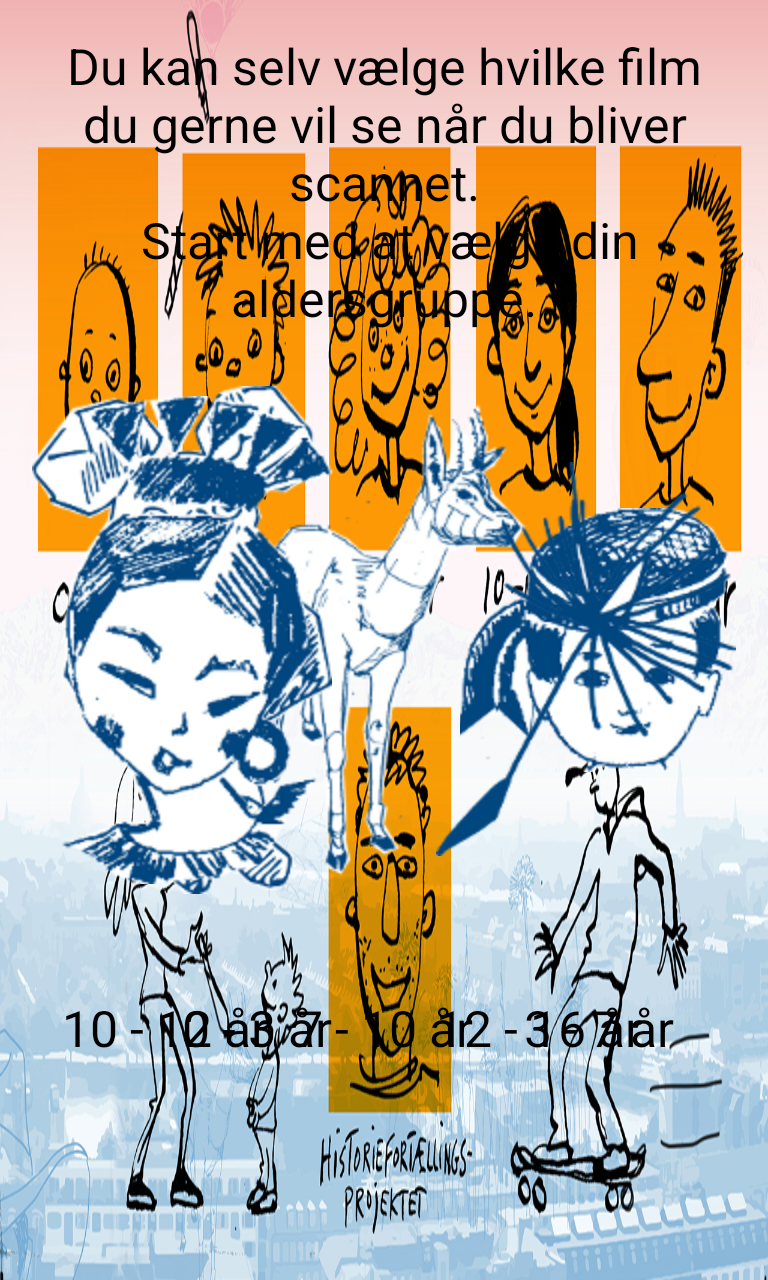
Repository: DreadMuffin/work
Layout: tablets/AgeChoiceMovies/res/layout/activity_main.xml
The author's editor kept a copy of each file at every save. The layout is drawn from the files as they stood at one save, then again after the next save.
It is drawn on a 768 x 1280 px phone screen (xhdpi) without system bars, with theme android:Theme.NoTitleBar; the app's code is not run.

Above is the layout before, as saved 2015-02-22 10:09:16.

After the next save:
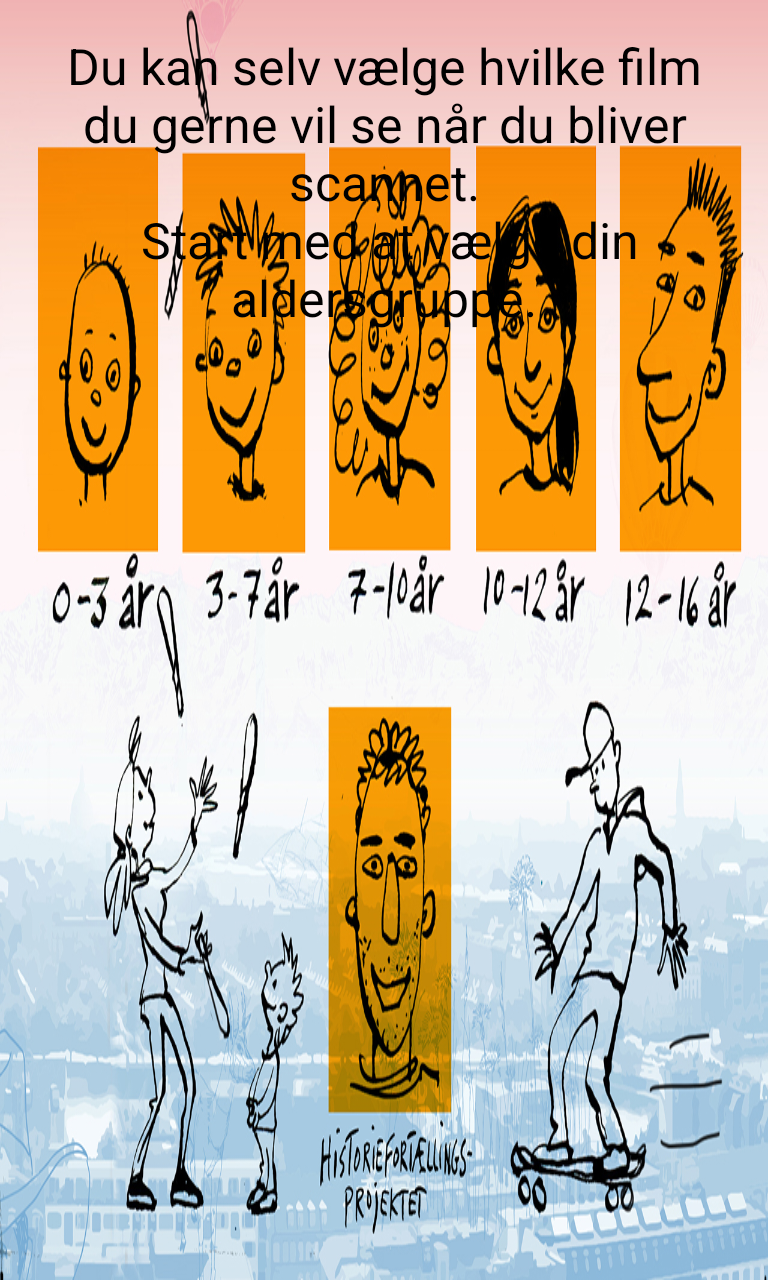
Saved 7 min 40 s later.
--- a/tablets/AgeChoiceMovies/res/layout/activity_main.xml
+++ b/tablets/AgeChoiceMovies/res/layout/activity_main.xml
@@ -8,20 +8,6 @@
     android:paddingRight="@dimen/activity_horizontal_margin"
     android:paddingTop="@dimen/activity_vertical_margin"
     tools:context=".MainActivity" >
-
-    <Button
-        android:id="@+id/button_tre"
-        style="?android:attr/buttonStyleSmall"
-        android:layout_width="wrap_content"
-        android:layout_height="wrap_content"
-        android:layout_centerHorizontal="true"
-        android:layout_centerVertical="true"
-        android:adjustViewBounds="true"
-        android:background="@android:color/transparent"
-        android:drawableRight="@drawable/tre"
-        android:gravity="center"
-        android:maxWidth="200dp"
-        android:scaleType="fitCenter" />
 
     <TextView
         android:id="@+id/textView1"
@@ -37,122 +23,16 @@
         android:typeface="sans" />
 
     <Button
-        android:id="@+id/button_nul"
+        android:id="@+id/button_tre"
         style="?android:attr/buttonStyleSmall"
-        android:layout_width="wrap_content"
+        android:layout_width="40d[]"
         android:layout_height="wrap_content"
-        android:layout_alignLeft="@+id/textView1"
-        android:layout_centerVertical="true"
+        android:layout_below="@+id/textView1"
         android:adjustViewBounds="true"
         android:background="@android:color/transparent"
-        android:drawableRight="@drawable/nul"
+        android:drawableRight="@drawable/tre"
         android:gravity="center"
         android:maxWidth="200dp"
         android:scaleType="fitCenter" />
 
-    <Button
-        android:id="@+id/button_syv"
-        style="?android:attr/buttonStyleSmall"
-        android:layout_width="wrap_content"
-        android:layout_height="wrap_content"
-        android:layout_centerVertical="true"
-        android:layout_marginLeft="64dp"
-        android:layout_toRightOf="@+id/button_nul"
-        android:adjustViewBounds="true"
-        android:background="@android:color/transparent"
-        android:drawableRight="@drawable/syv"
-        android:gravity="center"
-        android:maxWidth="200dp"
-        android:scaleType="fitCenter" />
-
-    <Button
-        android:id="@+id/button_tolv"
-        style="?android:attr/buttonStyleSmall"
-        android:layout_width="wrap_content"
-        android:layout_height="wrap_content"
-        android:layout_alignRight="@+id/textView1"
-        android:layout_centerVertical="true"
-        android:adjustViewBounds="true"
-        android:background="@android:color/transparent"
-        android:drawableBottom="@drawable/tolv"
-        android:gravity="center"
-        android:maxWidth="200dp"
-        android:scaleType="fitCenter" />
-
-    <Button
-        android:id="@+id/button_ti"
-        style="?android:attr/buttonStyleSmall"
-        android:layout_width="wrap_content"
-        android:layout_height="wrap_content"
-        android:layout_centerVertical="true"
-        android:layout_marginRight="37dp"
-        android:layout_toLeftOf="@+id/button_tolv"
-        android:adjustViewBounds="true"
-        android:background="@android:color/transparent"
-        android:drawableRight="@drawable/ti"
-        android:gravity="center"
-        android:maxWidth="200dp"
-        android:scaleType="fitCenter" />
-
-    <TextView
-        android:id="@+id/textView2"
-        android:layout_width="wrap_content"
-        android:layout_height="wrap_content"
-        android:layout_below="@+id/button_nul"
-        android:layout_centerHorizontal="true"
-        android:layout_marginTop="50dp"
-        android:text="7 - 10 år"
-        android:textColor="#000000"
-        android:textSize="25sp"
-        android:typeface="sans" />
-
-    <TextView
-        android:id="@+id/TextView02"
-        android:layout_width="wrap_content"
-        android:layout_height="wrap_content"
-        android:layout_alignBaseline="@+id/TextView01"
-        android:layout_alignBottom="@+id/TextView01"
-        android:layout_alignRight="@+id/button_nul"
-        android:text="0 - 3 år"
-        android:textColor="#000000"
-        android:textSize="25sp"
-        android:typeface="sans" />
-
-    <TextView
-        android:id="@+id/TextView03"
-        android:layout_width="wrap_content"
-        android:layout_height="wrap_content"
-        android:layout_alignBaseline="@+id/textView2"
-        android:layout_alignBottom="@+id/textView2"
-        android:layout_alignLeft="@+id/button_ti"
-        android:text="10 - 12 år"
-        android:textColor="#000000"
-        android:textSize="25sp"
-        android:typeface="sans" />
-
-    <TextView
-        android:id="@+id/TextView04"
-        android:layout_width="wrap_content"
-        android:layout_height="wrap_content"
-        android:layout_alignBaseline="@+id/TextView03"
-        android:layout_alignBottom="@+id/TextView03"
-        android:layout_toRightOf="@+id/button_ti"
-        android:text="12 - 16 år"
-        android:textColor="#000000"
-        android:textSize="25sp"
-        android:typeface="sans" />
-
-    <TextView
-        android:id="@+id/TextView01"
-        android:layout_width="wrap_content"
-        android:layout_height="wrap_content"
-        android:layout_alignBaseline="@+id/textView2"
-        android:layout_alignBottom="@+id/textView2"
-        android:layout_alignRight="@+id/button_syv"
-        android:layout_marginRight="31dp"
-        android:text="3 - 7 år"
-        android:textColor="#000000"
-        android:textSize="25sp"
-        android:typeface="sans" />
-
 </RelativeLayout>
